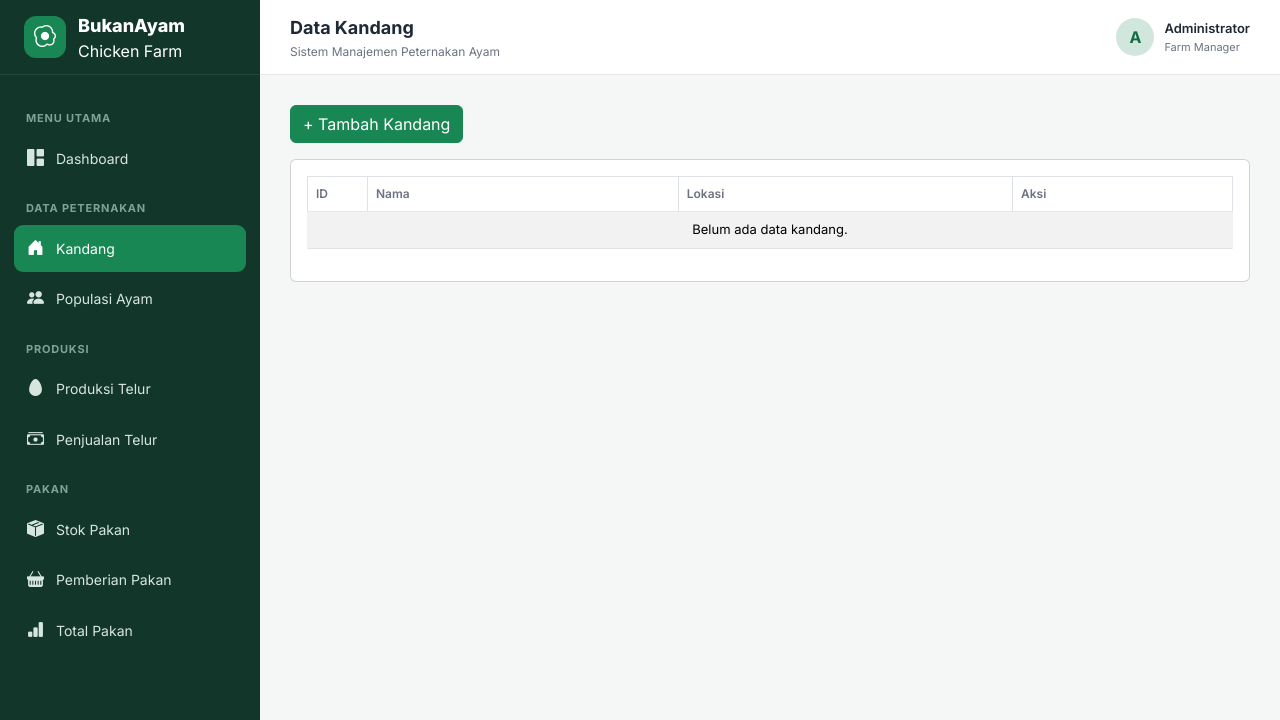
Repository: syafira-nur25/bukanayampart1
Page: http://localhost/kandang
The author's editor kept a copy of each file at every save. The page is drawn from the files as they stood at one save, then again after a run of saves.
The browser window is 1280 px wide. The pictures show the whole page.
The page is served by the project's Laravel application, run on PHP 8.4 with Laravel 12. Other server files are loaded and not shown. Queries for data that is not in the repository find no rows.

Above is the page before, as saved 2026-08-14 08:38:14.

### routes/web.php
<?php

use Illuminate\Support\Facades\Route;
use App\Http\Controllers\KandangController;
use App\Http\Controllers\PopulasiController;
use App\Http\Controllers\ProduksiTelurController;
use App\Http\Controllers\PenjualanTelurController;
use App\Http\Controllers\PakanKandangController;
use App\Http\Controllers\PemberianPakanController;
use App\Http\Controllers\TotalPakanController;
use App\Http\Controllers\DashboardController;
use App\Http\Controllers\Manpower\LaporanHarianController;
use App\Http\Controllers\ProfileController;

Route::get('/', [DashboardController::class, 'index'])
    ->name('dashboard');

Route::resource('kandang', KandangController::class);

Route::resource('populasi', PopulasiController::class);

Route::resource('produksi-telur', ProduksiTelurController::class);

Route::resource('penjualan-telur', PenjualanTelurController::class);

Route::resource('pakan-kandang', PakanKandangController::class);

Route::resource('pemberian-pakan', PemberianPakanController::class);

Route::resource('total-pakan', TotalPakanController::class);

Route::get('/profile/edit', [ProfileController::class, 'edit'])
    ->name('profile.edit');

### app/Http/Controllers/KandangController.php
<?php

namespace App\Http\Controllers;

use App\Models\Kandang;
use Illuminate\Http\Request;

class KandangController extends Controller
{
    public function index()
    {
        $kandangs = Kandang::latest()->get();

        return view('kandang.index', compact('kandangs'));
    }

    public function create()
    {
        return view('kandang.create');
    }

    public function store(Request $request)
    {
        $validated = $request->validate([
            'nama' => 'required|string|max:100',
            'lokasi' => 'required|string|max:100',
        ]);

        Kandang::create($validated);

        return redirect()
            ->route('kandang.index')
            ->with('success', 'Kandang berhasil ditambahkan.');
    }

    public function show(Kandang $kandang)
    {
        return view('kandang.show', compact('kandang'));
    }

    public function edit(Kandang $kandang)
    {
        return view('kandang.edit', compact('kandang'));
    }

    public function update(Request $request, Kandang $kandang)
    {
        $validated = $request->validate([
            'nama' => 'required|string|max:100',
            'lokasi' => 'required|string|max:100',
        ]);

        $kandang->update($validated);

        return redirect()
            ->route('kandang.index')
            ->with('success', 'Kandang berhasil diperbarui.');
    }

    public function destroy(Kandang $kandang)
    {
        $kandang->delete();

        return redirect()
            ->route('kandang.index')
            ->with('success', 'Kandang berhasil dihapus.');
    }
}

### app/Models/Kandang.php
<?php

namespace App\Models;

use Illuminate\Database\Eloquent\Model;
use Illuminate\Database\Eloquent\Relations\HasMany;

class Kandang extends Model
{
    protected $table = 'kandang';

    protected $fillable = [
        'nama',
        'lokasi',
    ];

    public function populasi(): HasMany
    {
        return $this->hasMany(Populasi::class, 'kandang_id');
    }

    public function produksiTelur(): HasMany
    {
        return $this->hasMany(ProduksiTelur::class, 'kandang_id');
    }

    public function pakanKandang(): HasMany
    {
        return $this->hasMany(PakanKandang::class, 'kandang_id');
    }

    public function laporanHarian(): HasMany
    {
    return $this->hasMany(
        LaporanHarian::class,
        'kandang_id');
    }
}

### resources/views/kandang/index.blade.php
@extends('layouts.app')

@section('title', 'Data Kandang')

@section('content')

<div class="d-flex justify-content-between align-items-center mb-3">

    <a href="{{ route('kandang.create') }}" class="btn btn-primary">
        + Tambah Kandang
    </a>
</div>

<div class="card">
    <div class="card-body">

        <table class="table table-bordered table-striped">
            <thead>
                <tr>
                    <th width="60">ID</th>
                    <th>Nama</th>
                    <th>Lokasi</th>
                    <th width="220">Aksi</th>
                </tr>
            </thead>

            <tbody>
                @forelse($kandangs as $kandang)
                    <tr>
                        <td>{{ $kandang->id }}</td>
                        <td>{{ $kandang->nama }}</td>
                        <td>{{ $kandang->lokasi }}</td>
                        <td>
                            <a
                                href="{{ route('kandang.show', $kandang) }}"
                                class="btn btn-sm btn-info"
                            >
                                Detail
                            </a>

                            <a
                                href="{{ route('kandang.edit', $kandang) }}"
                                class="btn btn-sm btn-warning"
                            >
                                Edit
                            </a>

                            <form
                                action="{{ route('kandang.destroy', $kandang) }}"
                                method="POST"
                                class="d-inline"
                            >
                                @csrf
                                @method('DELETE')

                                <button
                                    type="submit"
                                    class="btn btn-sm btn-danger"
                                    onclick="return confirm('Hapus kandang ini?')"
                                >
                                    Hapus
                                </button>
                            </form>
                        </td>
                    </tr>
                @empty
                    <tr>
                        <td colspan="4" class="text-center">
                            Belum ada data kandang.
                        </td>
                    </tr>
                @endforelse
            </tbody>
        </table>

    </div>
</div>

@endsection

### resources/views/layouts/app.blade.php
<!DOCTYPE html>
<html lang="id">

<head>
    <meta charset="UTF-8">

    <meta
        name="viewport"
        content="width=device-width, initial-scale=1.0"
    >

    <title>
        @yield('title', 'Farm Management')
    </title>

    <link
        href="https://cdn.jsdelivr.net/npm/bootstrap@5.3.3/dist/css/bootstrap.min.css"
        rel="stylesheet"
    >

    <link
        href="https://cdn.jsdelivr.net/npm/bootstrap-icons@1.11.3/font/bootstrap-icons.css"
        rel="stylesheet"
    >

    <link
        rel="preconnect"
        href="https://fonts.googleapis.com"
    >

    <link
        rel="preconnect"
        href="https://fonts.gstatic.com"
        crossorigin
    >

    <link
        href="https://fonts.googleapis.com/css2?family=Inter:wght@400;500;600;700;800&display=swap"
        rel="stylesheet"
    >

    <style>

        :root {
            --primary: #198754;
            --primary-dark: #146c43;
            --sidebar: #12372a;
            --sidebar-hover: #1c4d3b;
            --background: #f5f7f6;
            --card: #ffffff;
            --text: #1f2937;
            --muted: #6b7280;
            --border: #e5e7eb;
        }

        * {
            box-sizing: border-box;
        }

        body {
            margin: 0;
            font-family: 'Inter', sans-serif;
            background: var(--background);
            color: var(--text);
        }

        /* SIDEBAR */

        .sidebar {
            width: 260px;
            height: 100vh;

            position: fixed;
            left: 0;
            top: 0;

            background: var(--sidebar);
            color: white;

            z-index: 1000;

            transition: 0.3s;
        }

        .brand {
            height: 75px;

            display: flex;
            align-items: center;

            padding: 0 24px;

            border-bottom: 1px solid rgba(255,255,255,0.08);
        }

        .brand-icon {
            width: 42px;
            height: 42px;

            display: flex;
            align-items: center;
            justify-content: center;

            background: #198754;
            border-radius: 12px;

            font-size: 22px;

            margin-right: 12px;
        }

        .brand-title {
            font-size: 18px;
            font-weight: 800;
        }

        .brand-subtitle {
            font-size: 11px;
            color: #9fb8ad;
        }

        .sidebar-content {
            padding: 20px 14px;
        }

        .menu-title {
            font-size: 11px;
            font-weight: 700;

            color: #7fa294;

            text-transform: uppercase;

            padding: 15px 12px 8px;

            letter-spacing: 0.8px;
        }

        .sidebar a {
            color: #d7e5df;

            text-decoration: none;

            display: flex;
            align-items: center;

            gap: 12px;

            padding: 11px 13px;

            border-radius: 9px;

            margin-bottom: 3px;

            font-size: 14px;

            transition: 0.2s;
        }

        .sidebar a:hover {
            background: var(--sidebar-hover);
            color: white;
        }

        .sidebar a.active {
            background: var(--primary);
            color: white;
        }

        .sidebar a i {
            font-size: 17px;
        }

        /* MAIN */

        .main {
            margin-left: 260px;
            min-height: 100vh;
        }

        /* TOPBAR */

        .topbar {
            height: 75px;

            background: white;

            border-bottom: 1px solid var(--border);

            display: flex;
            align-items: center;
            justify-content: space-between;

            padding: 0 30px;
        }

        .page-title {
            font-size: 18px;
            font-weight: 700;
        }

        .page-subtitle {
            font-size: 12px;
            color: var(--muted);
            margin-top: 2px;
        }

        .profile {
            display: flex;
            align-items: center;
            gap: 10px;
        }

        .profile-avatar {
            width: 38px;
            height: 38px;

            display: flex;
            align-items: center;
            justify-content: center;

            background: #d1e7dd;

            color: var(--primary-dark);

            border-radius: 50%;

            font-weight: 700;
        }

        /* CONTENT */

        .content {
            padding: 30px;
        }

        /* CARDS */

        .stat-card {
            background: white;

            border: 1px solid var(--border);

            border-radius: 16px;

            padding: 20px;

            height: 100%;

            transition: 0.2s;
        }

        .stat-card:hover {
            transform: translateY(-2px);

            box-shadow:
                0 8px 25px rgba(0,0,0,0.06);
        }

        .stat-top {
            display: flex;
            justify-content: space-between;
            align-items: center;
        }

        .stat-icon {
            width: 45px;
            height: 45px;

            display: flex;
            align-items: center;
            justify-content: center;

            border-radius: 12px;

            font-size: 20px;
        }

        .icon-green {
            background: #d1e7dd;
            color: #146c43;
        }

        .icon-blue {
            background: #cfe2ff;
            color: #084298;
        }

        .icon-yellow {
            background: #fff3cd;
            color: #997404;
        }

        .icon-red {
            background: #f8d7da;
            color: #842029;
        }

        .stat-label {
            color: var(--muted);
            font-size: 13px;
            margin-top: 16px;
        }

        .stat-value {
            font-size: 27px;
            font-weight: 800;
            margin-top: 4px;
        }

        .stat-description {
            color: var(--muted);
            font-size: 11px;
            margin-top: 4px;
        }

        /* PANEL */

        .panel {
            background: white;

            border: 1px solid var(--border);

            border-radius: 16px;

            padding: 22px;

            height: 100%;
        }

        .panel-header {
            display: flex;

            align-items: center;
            justify-content: space-between;

            margin-bottom: 20px;
        }

        .panel-title {
            font-size: 16px;
            font-weight: 700;
        }

        .panel-link {
            color: var(--primary);

            text-decoration: none;

            font-size: 13px;
            font-weight: 600;
        }

        /* TABLE */

        .table {
            vertical-align: middle;
        }

        .table thead th {
            font-size: 12px;

            color: var(--muted);

            font-weight: 600;

            border-bottom: 1px solid var(--border);
        }

        .table tbody td {
            font-size: 13px;

            border-color: #f0f1f2;
        }

        .badge-status {
            padding: 6px 10px;

            border-radius: 20px;

            font-size: 11px;

            font-weight: 600;
        }

        .badge-success {
            background: #d1e7dd;
            color: #146c43;
        }

        .badge-warning {
            background: #fff3cd;
            color: #997404;
        }

        /* BUTTON */

        .btn-primary {
            background: var(--primary);
            border-color: var(--primary);
        }

        .btn-primary:hover {
            background: var(--primary-dark);
            border-color: var(--primary-dark);
        }

        /* MOBILE */

        @media (max-width: 991px) {

            .sidebar {
                transform: translateX(-100%);
            }

            .sidebar.show {
                transform: translateX(0);
            }

            .main {
                margin-left: 0;
            }

            .content {
                padding: 20px;
            }

            .topbar {
                padding: 0 20px;
            }

        }

    </style>

    @stack('styles')

</head>

<body>

<!-- SIDEBAR -->

<aside class="sidebar" id="sidebar">

    <div class="brand">

        <div class="brand-icon">
            <i class="bi bi-egg-fried"></i>
        </div>

        <div>
            <div class="brand-title">
                BukanAyam
            </div>

            <div clManagementass="brand-subtitle">
                Chicken Farm
            </div>
        </div>

    </div>

    <div class="sidebar-content">

        <div class="menu-title">
            Menu Utama
        </div>

        <a
            href="{{ url('/') }}"
            class="{{ request()->is('/') ? 'active' : '' }}"
        >
            <i class="bi bi-grid-1x2-fill"></i>
            Dashboard
        </a>


        <div class="menu-title">
            Data Peternakan
        </div>

        <a
            href="{{ route('kandang.index') }}"
            class="{{ request()->is('kandang*') ? 'active' : '' }}"
        >
            <i class="bi bi-house-door-fill"></i>
            Kandang
        </a>

        <a
            href="{{ route('populasi.index') }}"
            class="{{ request()->is('populasi*') ? 'active' : '' }}"
        >
            <i class="bi bi-people-fill"></i>
            Populasi Ayam
        </a>


        <div class="menu-title">
            Produksi
        </div>

        <a
            href="{{ route('produksi-telur.index') }}"
            class="{{ request()->is('produksi-telur*') ? 'active' : '' }}"
        >
            <i class="bi bi-egg-fill"></i>
            Produksi Telur
        </a>

        <a
            href="{{ route('penjualan-telur.index') }}"
            class="{{ request()->is('penjualan-telur*') ? 'active' : '' }}"
        >
            <i class="bi bi-cash-stack"></i>
            Penjualan Telur
        </a>


        <div class="menu-title">
            Pakan
        </div>

        <a
            href="{{ route('pakan-kandang.index') }}"
            class="{{ request()->is('pakan-kandang*') ? 'active' : '' }}"
        >
            <i class="bi bi-box-seam-fill"></i>
            Stok Pakan
        </a>

        <a
            href="{{ route('pemberian-pakan.index') }}"
            class="{{ request()->is('pemberian-pakan*') ? 'active' : '' }}"
        >
            <i class="bi bi-basket-fill"></i>
            Pemberian Pakan
        </a>

        <a
            href="{{ route('total-pakan.index') }}"
            class="{{ request()->is('total-pakan*') ? 'active' : '' }}"
        >
            <i class="bi bi-bar-chart-fill"></i>
            Total Pakan
        </a>

    </div>

</aside>


<!-- MAIN -->

<div class="main">

    <!-- TOPBAR -->

    <header class="topbar">

        <div>

            <div class="page-title">
                @yield('title', 'Dashboard')
            </div>

            <div class="page-subtitle">
                Sistem Manajemen Peternakan Ayam
            </div>

        </div>

        <div class="profile">

            <div class="profile-avatar">
                A
            </div>

            <div class="d-none d-md-block">

                <div style="font-size:13px;font-weight:600;">
                    Administrator
                </div>

                <div style="font-size:11px;color:#6b7280;">
                    Farm Manager
                </div>

            </div>

        </div>

    </header>


    <!-- CONTENT -->

    <main class="content">

        @if(session('success'))

            <div class="alert alert-success border-0 shadow-sm">
                <i class="bi bi-check-circle-fill me-2"></i>
                {{ session('success') }}
            </div>

        @endif


        @if($errors->any())

            <div class="alert alert-danger border-0 shadow-sm">

                <strong>
                    Terjadi kesalahan:
                </strong>

                <ul class="mb-0 mt-2">

                    @foreach($errors->all() as $error)

                        <li>
                            {{ $error }}
                        </li>

                    @endforeach

                </ul>

            </div>

        @endif


        @yield('content')

    </main>

</div>


<script
    src="https://cdn.jsdelivr.net/npm/bootstrap@5.3.3/dist/js/bootstrap.bundle.min.js">
</script>

@stack('scripts')

</body>

</html>

Loaded but not shown: app/Http/Controllers/Controller.php (common file)

After the next 3 saves:
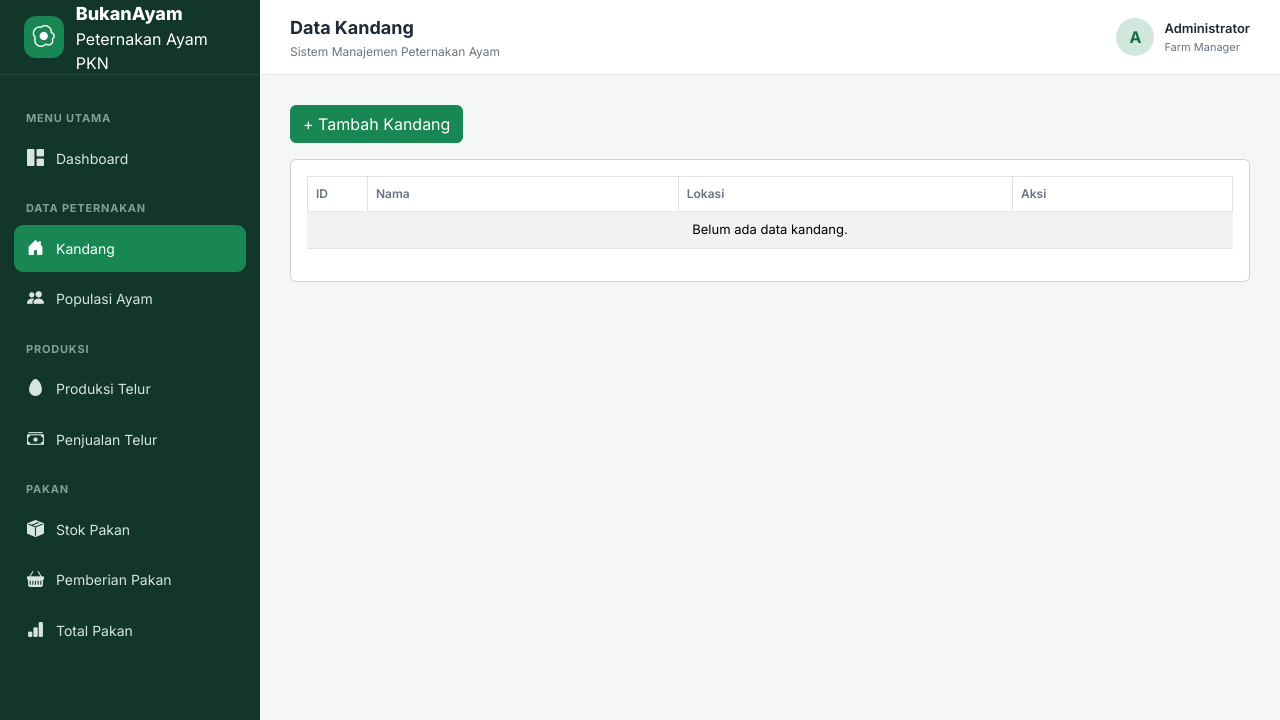
The 3 saves are shown as one change because they came seconds apart.
The last was saved 46 s later.
--- a/resources/views/layouts/app.blade.php
+++ b/resources/views/layouts/app.blade.php
@@ -455,7 +455,7 @@
             </div>
 
             <div clManagementass="brand-subtitle">
-                Chicken Farm
+                Peternakan Ayam PKN
             </div>
         </div>
 
